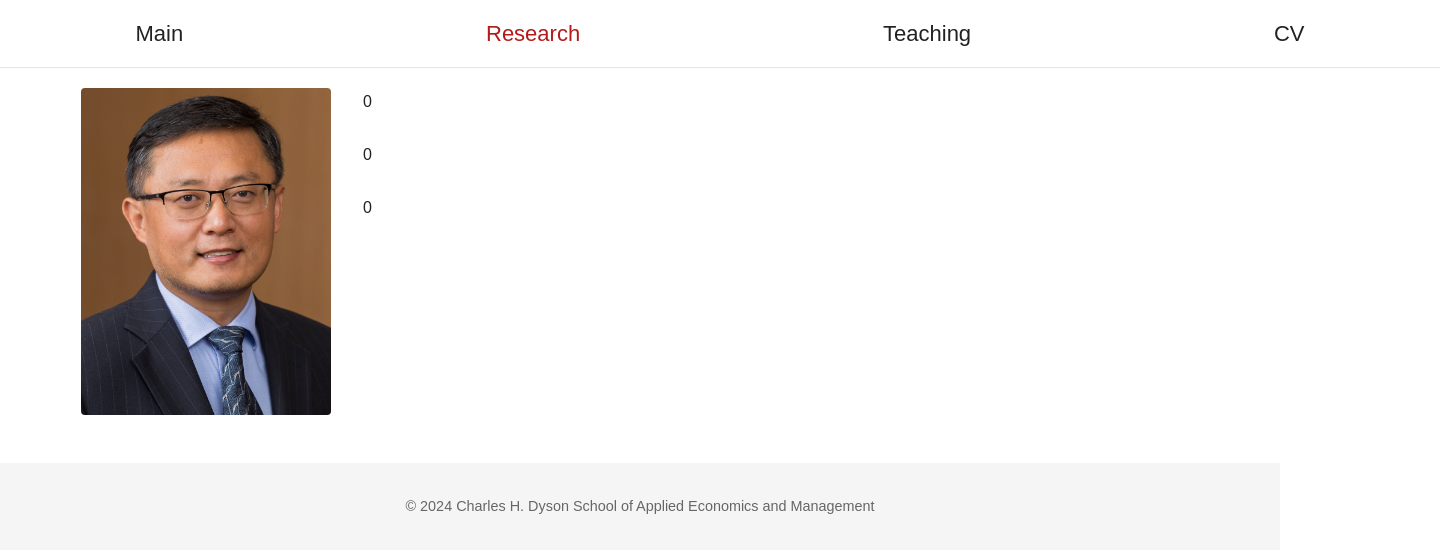
Repository: huang-heavenly-Emperor/k1_project
Page: research.html
An editor plug-in stored every save of this project. The page is shown before and after the next save, followed by the edit.
The browser window is 1280 px wide. The page is 1440 px wide, so the pictures cover 1440 px, including what lies to the right of the window. The pictures show the whole page.

Above is the page before, as saved 2024-11-17 15:18:15.

After the next save:
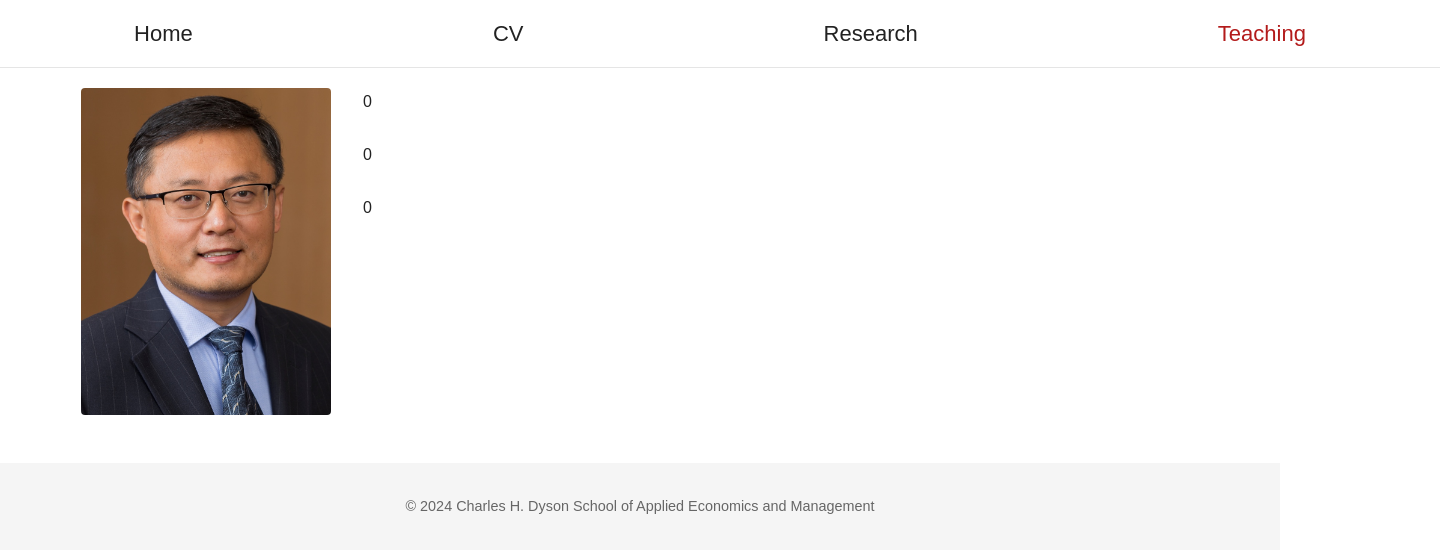
Saved 22 s later.
--- a/research.html
+++ b/research.html
@@ -10,14 +10,13 @@
 </head>
 <body>
     <header class="site-header">
-
         <nav class="main-nav">
             <div class="nav-container">
                 <ul class="nav-list">
-                    <li><a href="./index.html">Main</a></li>
-                    <li><a href="./research.html" class="active">Research</a></li>
-                    <li><a href="./teaching.html">Teaching</a></li>
+                    <li><a href="./index.html">Home</a></li>
                     <li><a href="./CV_ShanjunLi_Fall2024.pdf" target="_blank">CV</a></li>
+                    <li><a href="./research.html">Research</a></li>
+                    <li><a href="./teaching.html" class="active">Teaching</a></li>
                 </ul>
             </div>
         </nav>
